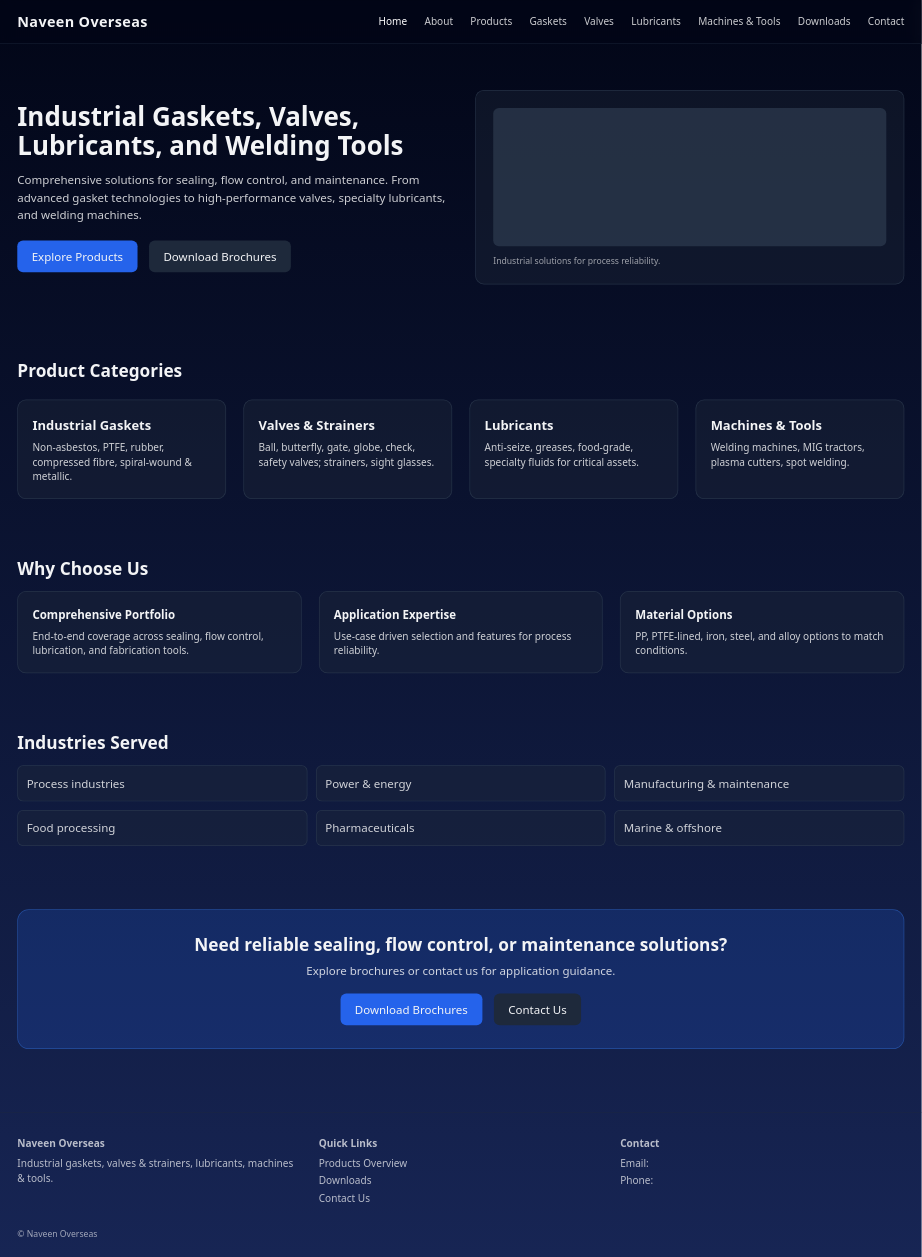
Repository: krish634-ai/overs
Page: /
An editor plug-in stored every save of this project. The page is shown before and after the next save, followed by the edit.
The browser window is 1280 px wide. The pictures show the whole page, at 72% of full size.
The project was rebuilt for these pictures with package versions that can differ from the ones it lists, and the page was loaded fresh each time. Also part of the build but not shown: vite.config.js, src/pages/About.jsx, src/pages/Products.jsx, src/pages/Gaskets.jsx, src/pages/Valves.jsx, src/pages/Lubricants.jsx, src/pages/MachinesTools.jsx, src/pages/Contact.jsx and 1 more.

Above is the page before, as saved 2025-11-19 14:15:32.

### index.html
<!doctype html>
<html lang="en">
  <head>
    <meta charset="UTF-8" />
    <meta name="viewport" content="width=device-width, initial-scale=1.0" />
    <title>Naveen Overseas</title>
  </head>
  <body>
    <div id="root"></div>
    <script type="module" src="/src/main.jsx"></script>
  </body>
</html>

### src/main.jsx
import React from 'react'
import ReactDOM from 'react-dom/client'
import { BrowserRouter } from 'react-router-dom'
import App from './App.jsx'
import './styles.css'

ReactDOM.createRoot(document.getElementById('root')).render(
  <React.StrictMode>
    <BrowserRouter>
      <App />
    </BrowserRouter>
  </React.StrictMode>
)

### src/App.jsx
import { Routes, Route } from 'react-router-dom'
import Layout from './components/Layout.jsx'
import Home from './pages/Home.jsx'
import About from './pages/About.jsx'
import Products from './pages/Products.jsx'
import Gaskets from './pages/Gaskets.jsx'
import Valves from './pages/Valves.jsx'
import Lubricants from './pages/Lubricants.jsx'
import MachinesTools from './pages/MachinesTools.jsx'
import Contact from './pages/Contact.jsx'
import Downloads from './pages/Downloads.jsx'

export default function App() {
  return (
    <Layout>
      <Routes>
        <Route path="/" element={<Home />} />
        <Route path="/about" element={<About />} />
        <Route path="/products" element={<Products />} />
        <Route path="/gaskets" element={<Gaskets />} />
        <Route path="/valves" element={<Valves />} />
        <Route path="/lubricants" element={<Lubricants />} />
        <Route path="/machines-tools" element={<MachinesTools />} />
        <Route path="/contact" element={<Contact />} />
        <Route path="/downloads" element={<Downloads />} />
      </Routes>
    </Layout>
  )
}

### src/styles.css
@tailwind base;
@tailwind components;
@tailwind utilities;

html, body, #root {
  height: 100%;
}

### src/components/Layout.jsx
import Nav from './Nav.jsx'
import Footer from './Footer.jsx'

export default function Layout({ children }) {
  return (
    <div className="min-h-screen flex flex-col bg-gradient-to-b from-slate-950 to-blue-950 text-gray-100">
      <header className="sticky top-0 z-40 border-b border-slate-800/60 bg-slate-950/60 backdrop-blur">
        <Nav />
      </header>
      <main className="flex-1">{children}</main>
      <Footer />
    </div>
  )
}

### src/pages/Home.jsx
import { Link } from 'react-router-dom'

export default function Home() {
  return (
    <div>
      <section className="container mx-auto px-6 py-16">
        <div className="grid md:grid-cols-2 gap-10 items-center">
          <div>
            <h1 className="text-3xl md:text-4xl font-bold leading-tight">Industrial Gaskets, Valves, Lubricants, and Welding Tools</h1>
            <p className="mt-4 text-white/80">Comprehensive solutions for sealing, flow control, and maintenance. From advanced gasket technologies to high-performance valves, specialty lubricants, and welding machines.</p>
            <div className="mt-6 flex gap-4">
              <Link to="/products" className="inline-flex items-center rounded-lg bg-blue-600 px-5 py-2.5 font-medium hover:bg-blue-500">Explore Products</Link>
              <Link to="/downloads" className="inline-flex items-center rounded-lg bg-slate-800 px-5 py-2.5 font-medium hover:bg-slate-700">Download Brochures</Link>
            </div>
          </div>
          <div className="rounded-xl bg-slate-800/40 p-6 border border-slate-700/60">
            <div data-image="hero-industrial.jpg" className="h-48 w-full rounded-lg bg-slate-700/60"></div>
            <p className="mt-3 text-xs text-white/60">Industrial solutions for process reliability.</p>
          </div>
        </div>
      </section>

      <section className="container mx-auto px-6 py-10">
        <h2 className="text-2xl font-semibold">Product Categories</h2>
        <div className="mt-6 grid sm:grid-cols-2 lg:grid-cols-4 gap-6">
          <Link to="/gaskets" className="block rounded-xl border border-slate-700/60 bg-slate-800/40 p-5 hover:bg-slate-800/60">
            <h3 className="text-lg font-semibold">Industrial Gaskets</h3>
            <p className="mt-2 text-sm text-white/80">Non-asbestos, PTFE, rubber, compressed fibre, spiral-wound &amp; metallic.</p>
          </Link>
          <Link to="/valves" className="block rounded-xl border border-slate-700/60 bg-slate-800/40 p-5 hover:bg-slate-800/60">
            <h3 className="text-lg font-semibold">Valves &amp; Strainers</h3>
            <p className="mt-2 text-sm text-white/80">Ball, butterfly, gate, globe, check, safety valves; strainers, sight glasses.</p>
          </Link>
          <Link to="/lubricants" className="block rounded-xl border border-slate-700/60 bg-slate-800/40 p-5 hover:bg-slate-800/60">
            <h3 className="text-lg font-semibold">Lubricants</h3>
            <p className="mt-2 text-sm text-white/80">Anti-seize, greases, food-grade, specialty fluids for critical assets.</p>
          </Link>
          <Link to="/machines-tools" className="block rounded-xl border border-slate-700/60 bg-slate-800/40 p-5 hover:bg-slate-800/60">
            <h3 className="text-lg font-semibold">Machines &amp; Tools</h3>
            <p className="mt-2 text-sm text-white/80">Welding machines, MIG tractors, plasma cutters, spot welding.</p>
          </Link>
        </div>
      </section>

      <section className="container mx-auto px-6 py-10">
        <h2 className="text-2xl font-semibold">Why Choose Us</h2>
        <div className="mt-4 grid sm:grid-cols-2 lg:grid-cols-3 gap-6">
          <div className="rounded-xl border border-slate-700/60 bg-slate-800/40 p-5">
            <h3 className="font-semibold">Comprehensive Portfolio</h3>
            <p className="mt-2 text-sm text-white/80">End-to-end coverage across sealing, flow control, lubrication, and fabrication tools.</p>
          </div>
          <div className="rounded-xl border border-slate-700/60 bg-slate-800/40 p-5">
            <h3 className="font-semibold">Application Expertise</h3>
            <p className="mt-2 text-sm text-white/80">Use-case driven selection and features for process reliability.</p>
          </div>
          <div className="rounded-xl border border-slate-700/60 bg-slate-800/40 p-5">
            <h3 className="font-semibold">Material Options</h3>
            <p className="mt-2 text-sm text-white/80">PP, PTFE-lined, iron, steel, and alloy options to match conditions.</p>
          </div>
        </div>
      </section>

      <section className="container mx-auto px-6 py-10">
        <h2 className="text-2xl font-semibold">Industries Served</h2>
        <ul className="mt-4 grid sm:grid-cols-2 lg:grid-cols-3 gap-3 text-white/80">
          <li className="rounded-lg bg-slate-800/40 border border-slate-700/60 p-3">Process industries</li>
          <li className="rounded-lg bg-slate-800/40 border border-slate-700/60 p-3">Power &amp; energy</li>
          <li className="rounded-lg bg-slate-800/40 border border-slate-700/60 p-3">Manufacturing &amp; maintenance</li>
          <li className="rounded-lg bg-slate-800/40 border border-slate-700/60 p-3">Food processing</li>
          <li className="rounded-lg bg-slate-800/40 border border-slate-700/60 p-3">Pharmaceuticals</li>
          <li className="rounded-lg bg-slate-800/40 border border-slate-700/60 p-3">Marine &amp; offshore</li>
        </ul>
      </section>

      <section className="container mx-auto px-6 py-12">
        <div className="rounded-2xl bg-blue-600/20 border border-blue-500/40 p-8 text-center">
          <h2 className="text-2xl font-semibold">Need reliable sealing, flow control, or maintenance solutions?</h2>
          <p className="mt-2 text-white/80">Explore brochures or contact us for application guidance.</p>
          <div className="mt-5 flex justify-center gap-4">
            <Link to="/downloads" className="inline-flex items-center rounded-lg bg-blue-600 px-5 py-2.5 font-medium hover:bg-blue-500">Download Brochures</Link>
            <Link to="/contact" className="inline-flex items-center rounded-lg bg-slate-800 px-5 py-2.5 font-medium hover:bg-slate-700">Contact Us</Link>
          </div>
        </div>
      </section>
    </div>
  )
}

### src/components/Nav.jsx
import { NavLink } from 'react-router-dom'

export default function Nav() {
  const linkClass = ({ isActive }) =>
    `hover:text-white/90 ${isActive ? 'text-white' : 'text-white/80'}`

  return (
    <nav className="container mx-auto px-6 py-4 flex items-center justify-between">
      <NavLink to="/" className="text-xl font-semibold tracking-wide">Naveen Overseas</NavLink>
      <ul className="hidden md:flex items-center gap-6 text-sm">
        <li><NavLink to="/" className={linkClass}>Home</NavLink></li>
        <li><NavLink to="/about" className={linkClass}>About</NavLink></li>
        <li><NavLink to="/products" className={linkClass}>Products</NavLink></li>
        <li><NavLink to="/gaskets" className={linkClass}>Gaskets</NavLink></li>
        <li><NavLink to="/valves" className={linkClass}>Valves</NavLink></li>
        <li><NavLink to="/lubricants" className={linkClass}>Lubricants</NavLink></li>
        <li><NavLink to="/machines-tools" className={linkClass}>Machines &amp; Tools</NavLink></li>
        <li><NavLink to="/downloads" className={linkClass}>Downloads</NavLink></li>
        <li><NavLink to="/contact" className={linkClass}>Contact</NavLink></li>
      </ul>
      <NavLink to="/contact" className="md:hidden inline-flex items-center rounded-lg bg-blue-600 px-4 py-2 text-sm font-medium hover:bg-blue-500">Contact</NavLink>
    </nav>
  )
}

### src/components/Footer.jsx
export default function Footer() {
  return (
    <footer className="mt-10 border-t border-slate-800/60">
      <div className="container mx-auto px-6 py-8 grid md:grid-cols-3 gap-6 text-sm text-white/70">
        <div>
          <div className="font-semibold">Naveen Overseas</div>
          <p className="mt-2">Industrial gaskets, valves &amp; strainers, lubricants, machines &amp; tools.</p>
        </div>
        <div>
          <div className="font-semibold">Quick Links</div>
          <ul className="mt-2 space-y-1">
            <li><a href="/products" className="hover:text-white/90">Products Overview</a></li>
            <li><a href="/downloads" className="hover:text-white/90">Downloads</a></li>
            <li><a href="/contact" className="hover:text-white/90">Contact Us</a></li>
          </ul>
        </div>
        <div>
          <div className="font-semibold">Contact</div>
          <ul className="mt-2 space-y-1">
            <li>Email: </li>
            <li>Phone: </li>
          </ul>
        </div>
      </div>
      <div className="container mx-auto px-6 pb-6 text-xs text-white/60">&copy; Naveen Overseas</div>
    </footer>
  )
}

### tailwind.config.js
export default {
  content: [
    './index.html',
    './src/**/*.{js,jsx,ts,tsx}',
  ],
  theme: {
    extend: {
      colors: {
        brand: {
          DEFAULT: '#2563eb',
          dark: '#1e40af',
        },
      },
      boxShadow: {
        soft: '0 10px 30px -10px rgba(2, 6, 23, 0.6)',
      },
    },
  },
  plugins: [],
}

After the next save:
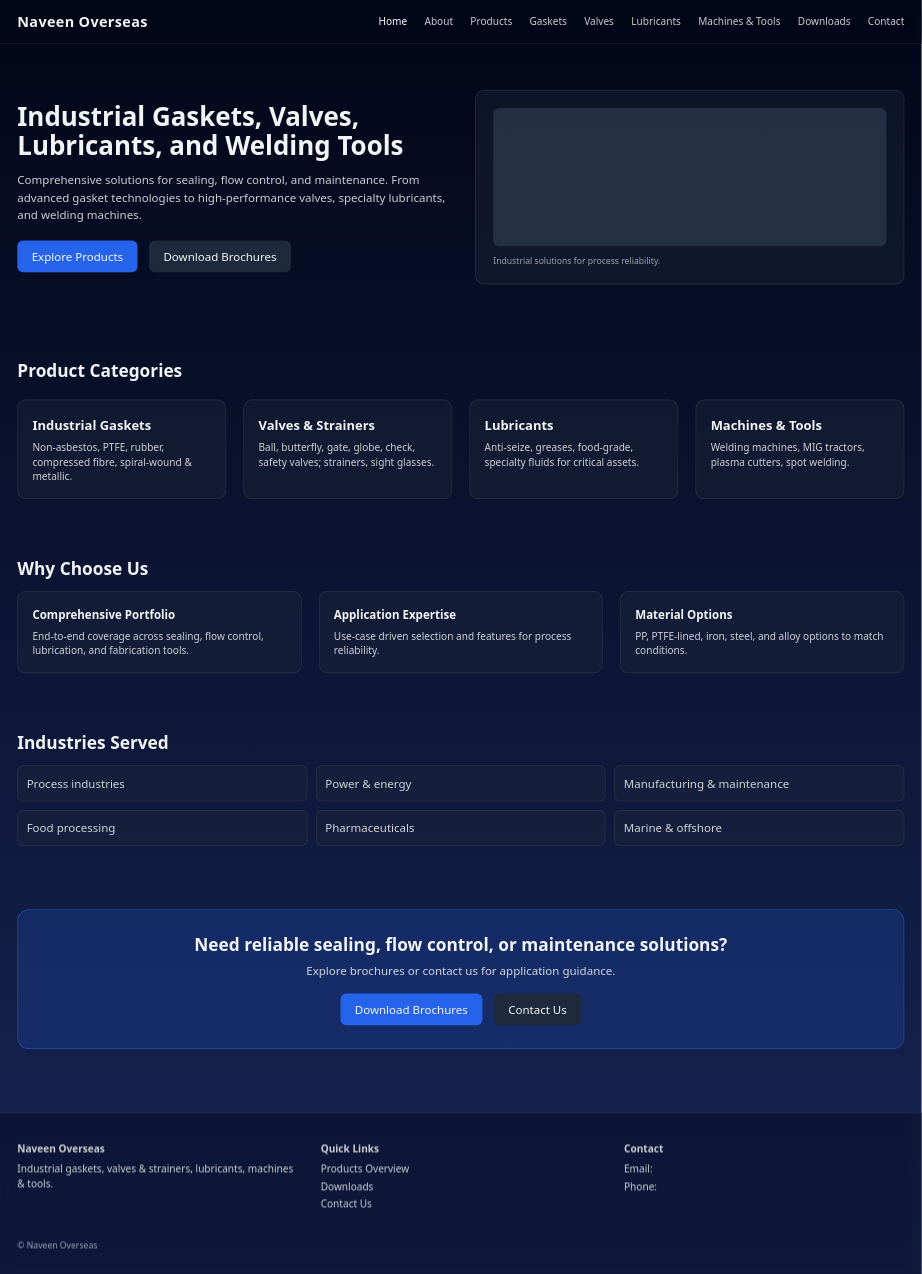
Saved 3 s later.
--- a/src/components/Footer.jsx
+++ b/src/components/Footer.jsx
@@ -1,7 +1,7 @@
 export default function Footer() {
   return (
-    <footer className="mt-10 border-t border-slate-800/60">
-      <div className="container mx-auto px-6 py-8 grid md:grid-cols-3 gap-6 text-sm text-white/70">
+    <footer className="mt-10 border-t border-white/10 bg-slate-950/40 backdrop-blur">
+      <div className="container mx-auto px-6 py-10 grid md:grid-cols-3 gap-8 text-sm text-white/80">
         <div>
           <div className="font-semibold">Naveen Overseas</div>
           <p className="mt-2">Industrial gaskets, valves &amp; strainers, lubricants, machines &amp; tools.</p>
@@ -22,7 +22,7 @@ export default function Footer() {
           </ul>
         </div>
       </div>
-      <div className="container mx-auto px-6 pb-6 text-xs text-white/60">&copy; Naveen Overseas</div>
+      <div className="container mx-auto px-6 pb-8 text-xs text-white/60">&copy; Naveen Overseas</div>
     </footer>
   )
 }
